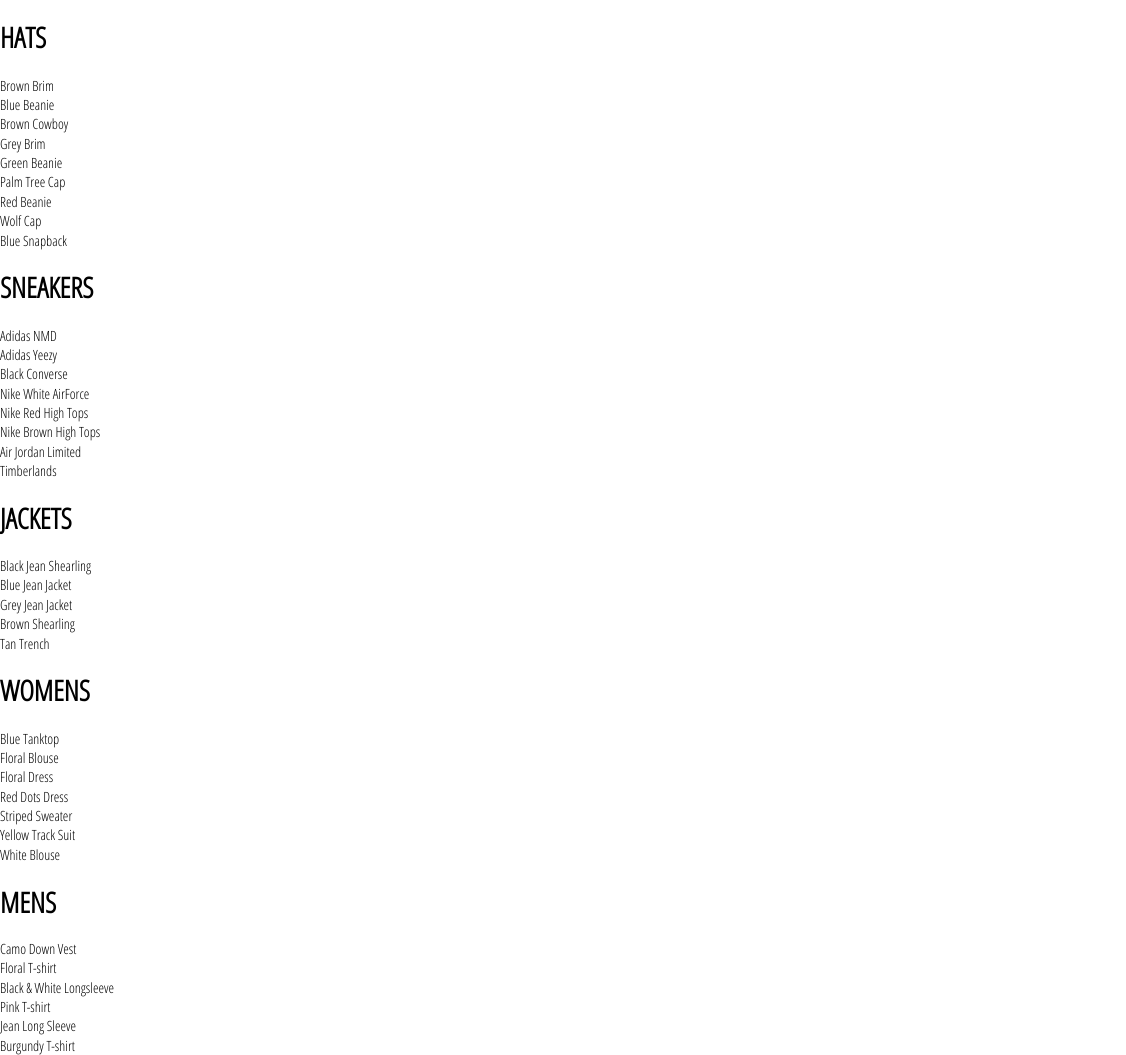
Repository: tommilaurila/crwn-clothing
Page: /shop
The author's editor kept a copy of each file at every save. The page is drawn from the files as they stood at one save, then again after the next save.
The browser window is 1280 px wide. The pictures show the whole page, at 88% of full size.
The project was rebuilt for these pictures with package versions that can differ from the ones it lists, and the page was loaded fresh each time. Also part of the build but not shown: src/components/collection-preview/collection-preview.styles.scss. Imported but missing from the stored project, and not drawn on this page: src/pages/homepage/homepage.component.

Above is the page before, as saved 2019-12-02 20:29:03.

### src/index.js
import React from 'react';
import ReactDOM from 'react-dom';
import { BrowserRouter } from 'react-router-dom';
import './index.css';
import App from './App';


ReactDOM.render(
<BrowserRouter>
    <App />
</BrowserRouter>,
document.getElementById('root')
);

### src/App.js
import React from 'react';
import { Switch, Route } from 'react-router-dom';
import './App.css';

import HomePage from './pages/homepage/homepage.component';
import ShopPage from './pages/shop/shop.component.jsx';


function App() {
  return (
    <div>
      <Switch>
        <Route exact path='/' component={HomePage} />
        <Route path='/shop' component={ShopPage} />
      </Switch>
    </div>
  );
}

export default App;

### src/pages/shop/shop.component.jsx
import React from 'react';

import SHOP_DATA from './shop.data.js';

import CollectionPreview from  '../../components/collection-preview/collection-preview.component';

class ShopPage extends React.Component {
    constructor(props) {
        super(props);

        this.state = {
            collections: SHOP_DATA
        };
    }

    render() {
        const {collections} = this.state;
        return (<div className='shop-page'>
            {
                collections.map(({id, ...otherCollectionProps }) => (
                    <CollectionPreview key={id} {...otherCollectionProps} />
                ))
            }
        </div>);
    }
}

export default ShopPage;

### src/pages/shop/shop.data.js
const SHOP_DATA = [
    {
      id: 1,
      title: 'Hats',
      routeName: 'hats',
      items: [
        {
          id: 1,
          name: 'Brown Brim',
          imageUrl: 'https://i.ibb.co/ZYW3VTp/brown-brim.png',
          price: 25
        },
        {
          id: 2,
          name: 'Blue Beanie',
          imageUrl: 'https://i.ibb.co/ypkgK0X/blue-beanie.png',
          price: 18
        },
        {
          id: 3,
          name: 'Brown Cowboy',
          imageUrl: 'https://i.ibb.co/QdJwgmp/brown-cowboy.png',
          price: 35
        },
        {
          id: 4,
          name: 'Grey Brim',
          imageUrl: 'https://i.ibb.co/RjBLWxB/grey-brim.png',
          price: 25
        },
        {
          id: 5,
          name: 'Green Beanie',
          imageUrl: 'https://i.ibb.co/YTjW3vF/green-beanie.png',
          price: 18
        },
        {
          id: 6,
          name: 'Palm Tree Cap',
          imageUrl: 'https://i.ibb.co/rKBDvJX/palm-tree-cap.png',
          price: 14
        },
        {
          id: 7,
          name: 'Red Beanie',
          imageUrl: 'https://i.ibb.co/bLB646Z/red-beanie.png',
          price: 18
        },
        {
          id: 8,
          name: 'Wolf Cap',
          imageUrl: 'https://i.ibb.co/1f2nWMM/wolf-cap.png',
          price: 14
        },
        {
          id: 9,
          name: 'Blue Snapback',
          imageUrl: 'https://i.ibb.co/X2VJP2W/blue-snapback.png',
          price: 16
        }
      ]
    },
    {
      id: 2,
      title: 'Sneakers',
      routeName: 'sneakers',
      items: [
        {
          id: 1,
          name: 'Adidas NMD',
          imageUrl: 'https://i.ibb.co/0s3pdnc/adidas-nmd.png',
          price: 220
        },
        {
          id: 2,
          name: 'Adidas Yeezy',
          imageUrl: 'https://i.ibb.co/dJbG1cT/yeezy.png',
          price: 280
        },
        {
          id: 3,
          name: 'Black Converse',
          imageUrl: 'https://i.ibb.co/bPmVXyP/black-converse.png',
          price: 110
        },
        {
          id: 4,
          name: 'Nike White AirForce',
          imageUrl: 'https://i.ibb.co/1RcFPk0/white-nike-high-tops.png',
          price: 160
        },
        {
          id: 5,
          name: 'Nike Red High Tops',
          imageUrl: 'https://i.ibb.co/QcvzydB/nikes-red.png',
          price: 160
        },
        {
          id: 6,
          name: 'Nike Brown High Tops',
          imageUrl: 'https://i.ibb.co/fMTV342/nike-brown.png',
          price: 160
        },
        {
          id: 7,
          name: 'Air Jordan Limited',
          imageUrl: 'https://i.ibb.co/w4k6Ws9/nike-funky.png',
          price: 190
        },
        {
          id: 8,
          name: 'Timberlands',
          imageUrl: 'https://i.ibb.co/Mhh6wBg/timberlands.png',
          price: 200
        }
      ]
    },
    {
      id: 3,
      title: 'Jackets',
      routeName: 'jackets',
      items: [
        {
          id: 1,
          name: 'Black Jean Shearling',
          imageUrl: 'https://i.ibb.co/XzcwL5s/black-shearling.png',
          price: 125
        },
        {
          id: 2,
          name: 'Blue Jean Jacket',
          imageUrl: 'https://i.ibb.co/mJS6vz0/blue-jean-jacket.png',
          price: 90
        },
        {
          id: 3,
          name: 'Grey Jean Jacket',
          imageUrl: 'https://i.ibb.co/N71k1ML/grey-jean-jacket.png',
          price: 90
        },
        {
          id: 4,
          name: 'Brown Shearling',
          imageUrl: 'https://i.ibb.co/s96FpdP/brown-shearling.png',
          price: 165
        },
        {
          id: 5,
          name: 'Tan Trench',
          imageUrl: 'https://i.ibb.co/M6hHc3F/brown-trench.png',
          price: 185
        }
      ]
    },
    {
      id: 4,
      title: 'Womens',
      routeName: 'womens',
      items: [
        {
          id: 1,
          name: 'Blue Tanktop',
          imageUrl: 'https://i.ibb.co/7CQVJNm/blue-tank.png',
          price: 25
        },
        {
          id: 2,
          name: 'Floral Blouse',
          imageUrl: 'https://i.ibb.co/4W2DGKm/floral-blouse.png',
          price: 20
        },
        {
          id: 3,
          name: 'Floral Dress',
          imageUrl: 'https://i.ibb.co/KV18Ysr/floral-skirt.png',
          price: 80
        },
        {
          id: 4,
          name: 'Red Dots Dress',
          imageUrl: 'https://i.ibb.co/N3BN1bh/red-polka-dot-dress.png',
          price: 80
        },
        {
          id: 5,
          name: 'Striped Sweater',
          imageUrl: 'https://i.ibb.co/KmSkMbH/striped-sweater.png',
          price: 45
        },
        {
          id: 6,
          name: 'Yellow Track Suit',
          imageUrl: 'https://i.ibb.co/v1cvwNf/yellow-track-suit.png',
          price: 135
        },
        {
          id: 7,
          name: 'White Blouse',
          imageUrl: 'https://i.ibb.co/qBcrsJg/white-vest.png',
          price: 20
        }
      ]
    },
    {
      id: 5,
      title: 'Mens',
      routeName: 'mens',
      items: [
        {
          id: 1,
          name: 'Camo Down Vest',
          imageUrl: 'https://i.ibb.co/xJS0T3Y/camo-vest.png',
          price: 325
        },
        {
          id: 2,
          name: 'Floral T-shirt',
          imageUrl: 'https://i.ibb.co/qMQ75QZ/floral-shirt.png',
          price: 20
        },
        {
          id: 3,
          name: 'Black & White Longsleeve',
          imageUrl: 'https://i.ibb.co/55z32tw/long-sleeve.png',
          price: 25
        },
        {
          id: 4,
          name: 'Pink T-shirt',
          imageUrl: 'https://i.ibb.co/RvwnBL8/pink-shirt.png',
          price: 25
        },
        {
          id: 5,
          name: 'Jean Long Sleeve',
          imageUrl: 'https://i.ibb.co/VpW4x5t/roll-up-jean-shirt.png',
          price: 40
        },
        {
          id: 6,
          name: 'Burgundy T-shirt',
          imageUrl: 'https://i.ibb.co/mh3VM1f/polka-dot-shirt.png',
          price: 25
        }
      ]
    }
  ]

  export default SHOP_DATA;

### src/components/collection-preview/collection-preview.component.jsx
import React from 'react';

import './collection-preview.styles.scss';

const CollectionPreview = ({ title, items }) => (
    <div className='collection-preview'>
        <h1 className='title'>{title.toUpperCase()}</h1>
        <div className='preview'>
            {
                items.map(item => (
                    <div key={item.id}>{item.name}</div>
            ))}
        </div>
    </div>
);

export default CollectionPreview;

Loaded but not shown: public/index.html (common file); src/index.css (common file); src/App.css (common file)

After the next save:
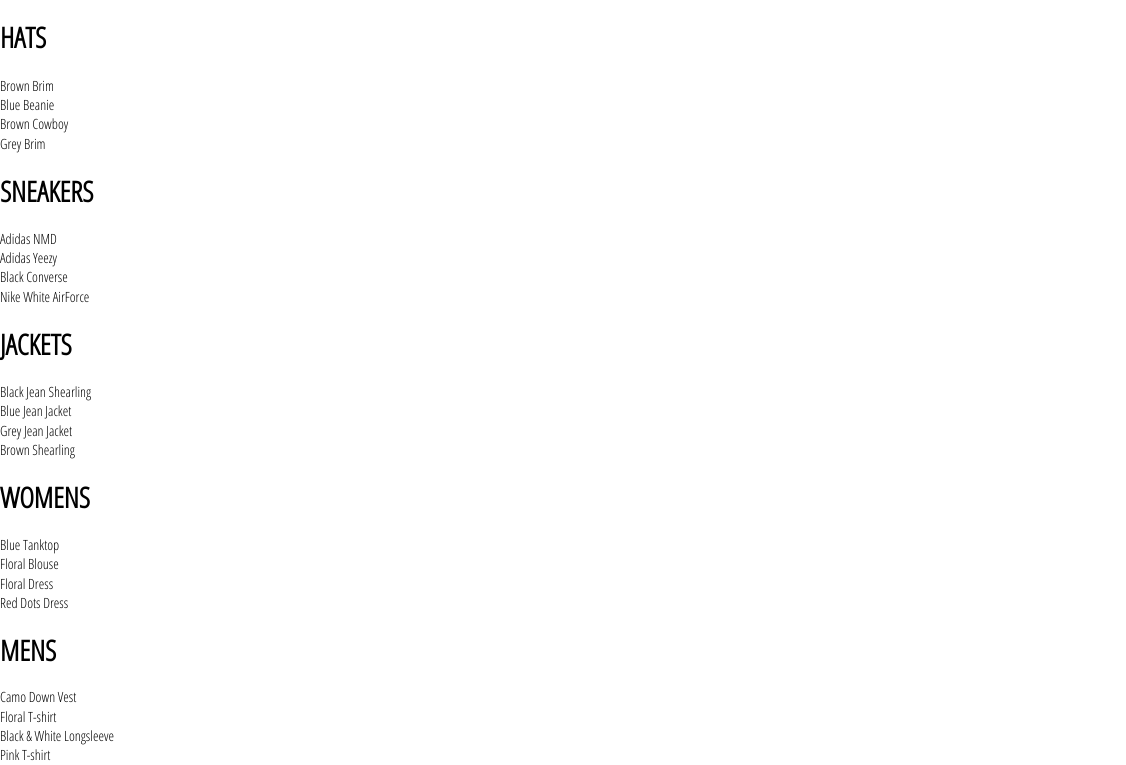
Saved 111 s later.
--- a/src/components/collection-preview/collection-preview.component.jsx
+++ b/src/components/collection-preview/collection-preview.component.jsx
@@ -7,7 +7,9 @@ const CollectionPreview = ({ title, items }) => (
         <h1 className='title'>{title.toUpperCase()}</h1>
         <div className='preview'>
             {
-                items.map(item => (
+                items
+                    .filter((item, idx) => idx < 4)
+                    .map(item => (
                     <div key={item.id}>{item.name}</div>
             ))}
         </div>
